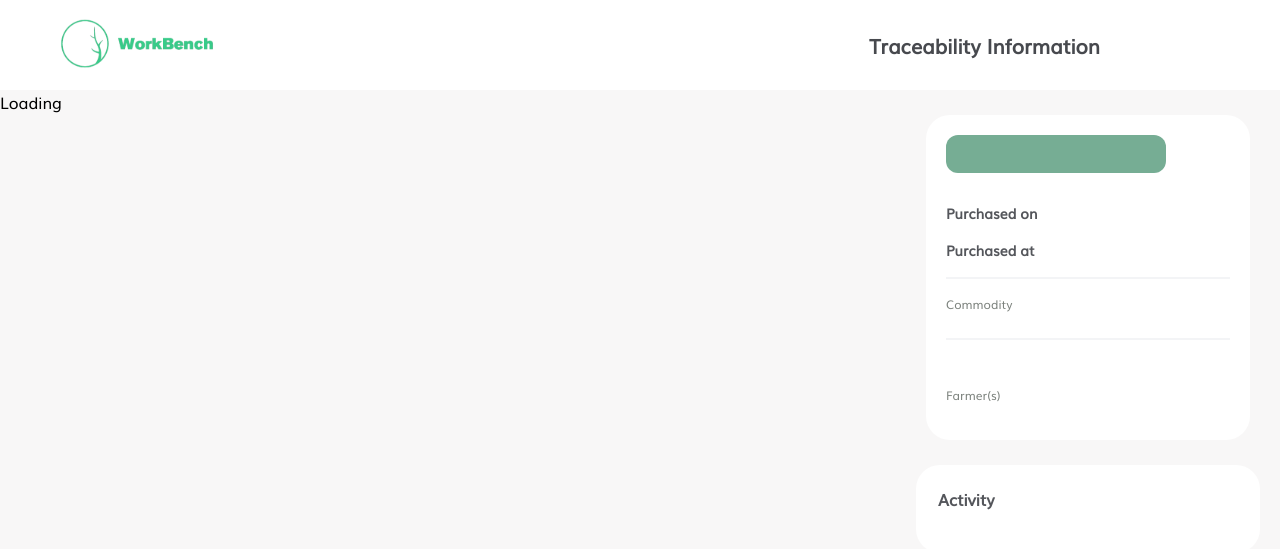
Repository: Hamezry/Traceability-Page
Page: /
The author's editor kept a copy of each file at every save. The page is drawn from the files as they stood at one save, then again after the next save.
The browser window is 1280 px wide. The pictures show the whole page.
The page's requests for data from a server got no answer. The project was rebuilt for these pictures with package versions that can differ from the ones it lists, and the page was loaded fresh each time. No one was signed in, and anything a server would have sent is missing.

Above is the page before, as saved 2022-09-18 08:50:35.

After the next save:
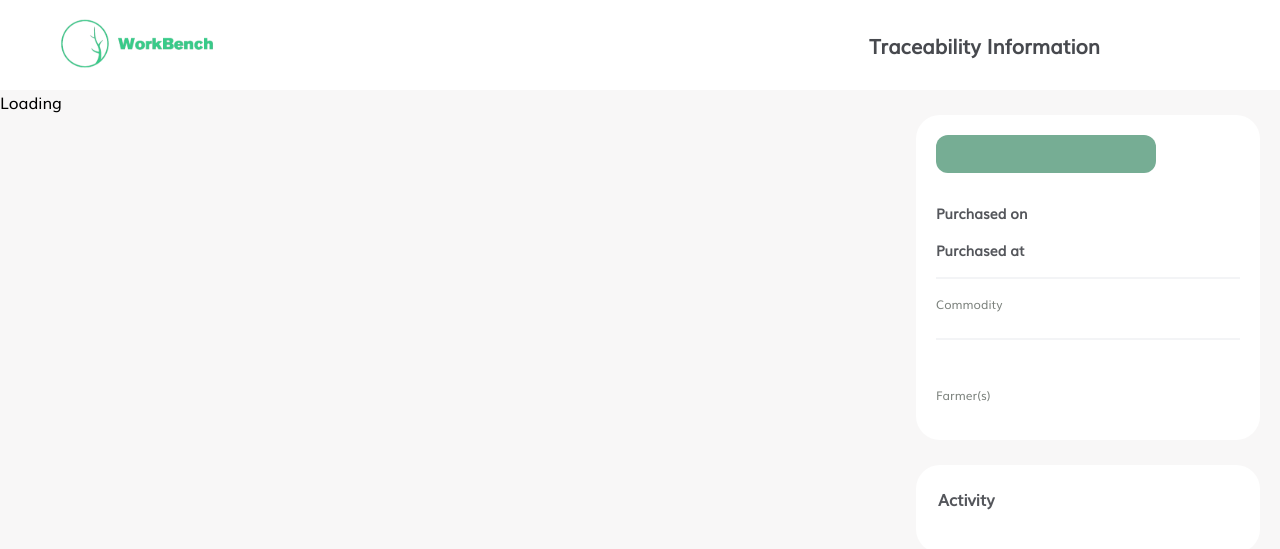
Saved 118 s later.
--- a/src/components/Information.js
+++ b/src/components/Information.js
@@ -26,7 +26,7 @@ function Information() {
     return (
         <div className='lg:h-full  lg:w-[30%] font-muli lg:overflow-y-auto'>
 
-            <div id="TQC" className=" z-10  top-0 flex lg:flex  flex-col px-[30px]">
+            <div id="TQC" className=" z-10  top-0 flex lg:flex  flex-col px-[20px]">
 
                 <div className="flex-1 flex bg-white lg:w-[100%] lg:mx-auto lg:mt-[25px] flex-col h-[556px] p-[20px] rounded-3xl">
 
